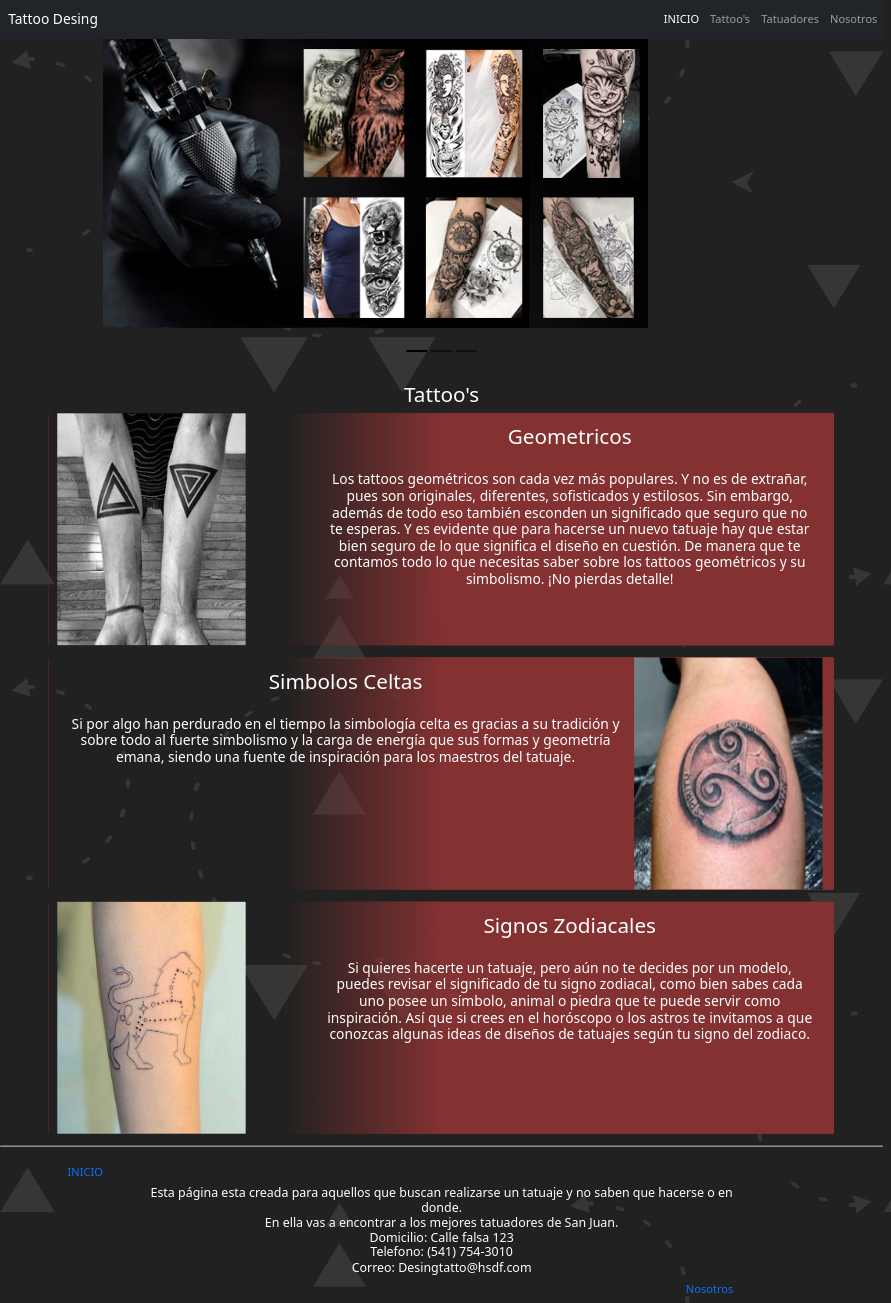
Repository: Vladimir-22/TatooDesign
Page: index.html
These files come from the project's save history. The page is drawn as it stood at one moment and after the next save; the edit follows.
The browser window is 1280 px wide. The page is 1292 px wide, so the pictures cover 1292 px, including what lies to the right of the window. The pictures show the whole page, at 69% of full size.
Some web libraries are served in a nearby version.

Above is the page before, as saved 2021-05-19 22:52:20.

### index.html
<!DOCTYPE html>
<html lang="es">
  <head>
    <meta charset="UTF-8" />
    <meta http-equiv="X-UA-Compatible" content="IE=edge" />
    <meta name="viewport" content="width=device-width, initial-scale=1.0" />
    <link
      href="https://cdn.jsdelivr.net/npm/bootstrap@5.0.0-beta3/dist/css/bootstrap.min.css"
      rel="stylesheet"
      integrity="sha384-eOJMYsd53ii+scO/bJGFsiCZc+5NDVN2yr8+0RDqr0Ql0h+rP48ckxlpbzKgwra6"
      crossorigin="anonymous"
    />
    <script
      src="https://cdn.jsdelivr.net/npm/bootstrap@5.0.0-beta3/dist/js/bootstrap.bundle.min.js"
      integrity="sha384-JEW9xMcG8R+pH31jmWH6WWP0WintQrMb4s7ZOdauHnUtxwoG2vI5DkLtS3qm9Ekf"
      crossorigin="anonymous"
    ></script>
    <script
      src="https://cdn.jsdelivr.net/npm/bootstrap@5.0.0-beta3/dist/js/bootstrap.bundle.min.js"
      integrity="sha384-JEW9xMcG8R+pH31jmWH6WWP0WintQrMb4s7ZOdauHnUtxwoG2vI5DkLtS3qm9Ekf"
      crossorigin="anonymous"
    ></script>
    <script
      src="https://cdn.jsdelivr.net/npm/@popperjs/core@2.9.1/dist/umd/popper.min.js"
      integrity="sha384-SR1sx49pcuLnqZUnnPwx6FCym0wLsk5JZuNx2bPPENzswTNFaQU1RDvt3wT4gWFG"
      crossorigin="anonymous"
    ></script>
    <script
      src="https://cdn.jsdelivr.net/npm/bootstrap@5.0.0-beta3/dist/js/bootstrap.min.js"
      integrity="sha384-j0CNLUeiqtyaRmlzUHCPZ+Gy5fQu0dQ6eZ/xAww941Ai1SxSY+0EQqNXNE6DZiVc"
      crossorigin="anonymous"
    ></script>
    <link
      rel="stylesheet"
      href="https://use.fontawesome.com/releases/v5.8.1/css/all.css"
      integrity="sha384-50oBUHEmvpQ+1lW4y57PTFmhCaXp0ML5d60M1M7uH2+nqUivzIebhndOJK28anvf"
      crossorigin="anonymous"
    />
    <link rel="stylesheet" href="css/styles.css" />
    <title>Tattoo Desing</title>
  </head>

  <body>
    <nav class="navbar navbar-expand-lg navbar-dark bg-dark">
      <div class="container-fluid">
        <!-- <i class="fas fa-bars"></i> -->

        <div class="col-md-9">
          <a class="navbar-brand" href="#">Tattoo Desing</a>

          <button
            class="navbar-toggler"
            type="button"
            data-bs-toggle="collapse"
            data-bs-target="#navbarNav"
            aria-controls="navbarNav"
            aria-expanded="false"
            aria-label="Toggle navigation"
          >
            <span class="navbar-toggler-icon"></span>
          </button>
        </div>

        <div class="col-md-3 collapse navbar-collapse" id="navbarNav">
          <ul class="navbar-nav">
            <li class="nav-item">
              <a class="nav-link active" aria-current="page" href="#">INICIO</a>
            </li>
            <li class="nav-item">
              <a class="nav-link" href="tattoo's.html">Tattoo's</a>
            </li>
            <li class="nav-item">
              <a class="nav-link" href="tatuadores.html">Tatuadores</a>
            </li>
            <li class="nav-item">
              <a
                class="nav-link"
                href="nosotros.html"
                tabindex="-1"
                aria-disabled="true"
                >Nosotros</a
              >
            </li>
          </ul>
        </div>
      </div>
    </nav>

    <div class="container">
      <div class="row" id="carrusel">
        <div
          id="carouselExampleDark"
          class="carousel carousel-dark slide"
          data-bs-ride="carousel"
        >
          <div class="carousel-indicators">
            <button
              type="button"
              data-bs-target="#carouselExampleDark"
              data-bs-slide-to="0"
              class="active"
              aria-current="true"
              aria-label="Slide 1"
            ></button>
            <button
              type="button"
              data-bs-target="#carouselExampleDark"
              data-bs-slide-to="1"
              aria-label="Slide 2"
            ></button>
            <button
              type="button"
              data-bs-target="#carouselExampleDark"
              data-bs-slide-to="2"
              aria-label="Slide 3"
            ></button>
          </div>

          <div class="carousel-inner">
            <div class="carousel-item active" data-bs-interval="10000">
              <img
                id="imgCarrusel"
                src="./Agos/Carrusel/trae-tu-diseño.png"
                class="d-block w-20"
                alt="..."
              />
              <!-- <div class="carousel-caption d-none d-md-block">
                            <h5>First slide label</h5>
                            <p>Some representative placeholder content for the first slide.</p>
                        </div> -->
            </div>
            <div class="carousel-item" data-bs-interval="4000">
              <img
                id="imgCarrusel"
                src="./Agos/Carrusel/Tendencias.png"
                class="d-block w-20"
                alt="..."
              />
              <!-- <div class="carousel-caption d-none d-md-block">
                            <h5>Second slide label</h5>
                            <p>Some representative placeholder content for the second slide.</p>
                        </div> -->
            </div>
            <div class="carousel-item" data-bs-interval="2000">
              <img
                id="imgCarrusel"
                src="./Agos/Carrusel/Tatuadores-banner.png"
                class="d-block w-20"
                alt="..."
              />
              <!-- <div class="carousel-caption d-none d-md-block">
                            <h5>Third slide label</h5>
                            <p>Some representative placeholder content for the third slide.</p>
                        </div> -->
            </div>
          </div>

          <!-- <button class="carousel-control-prev" type="button" data-bs-target="#carouselExampleDark" data-bs-slide="prev">
                  <span class="carousel-control-prev-icon" aria-hidden="true"></span>
                  <span class="visually-hidden">Previous</span>
                </button>
                <button class="carousel-control-next" type="button" data-bs-target="#carouselExampleDark" data-bs-slide="next">
                  <span class="carousel-control-next-icon" aria-hidden="true"></span>
                  <span class="visually-hidden">Next</span>
                </button> -->
        </div>
      </div>

      <div class="row section2 text-center">
        <h1>Tattoo's</h1>
      </div>

      <div class="row">
        <!-- <div class="card mb-3">
                <img src="./Pedro/Categorías - Signos Zodiacales/Simbolos Celtas.PNG" class="card-img-top" alt="...">
                <div class="card-body">
                    <h5 class="card-title">Card title</h5>
                    <p class="card-text">This is a wider card with supporting text below as a natural lead-in to additional content. This content is a little bit longer.</p>
                    <p class="card-text"><small class="text-muted">Last updated 3 mins ago</small></p>
                </div>
            </div> -->

        <div id="Geometricos" class="card mb-3" style="max-width: auto">
          <div class="row g-0">
            <div class="col-md-4">
              <img
                id="imagen"
                src="./Pedro/Categorías - descripcion inicio/Tatuajes Geometricos.jpg"
                alt="..."
              />
            </div>
            <div class="col-md-8">
              <div class="card-body">
                <h1 class="card-title">Geometricos</h1>
                <br />
                <h5 id="descrip-gral" class="card-text">
                  Los tattoos geométricos son cada vez más populares. Y no es de
                  extrañar, pues son originales, diferentes, sofisticados y
                  estilosos. Sin embargo, además de todo eso también esconden un
                  significado que seguro que no te esperas. Y es evidente que
                  para hacerse un nuevo tatuaje hay que estar bien seguro de lo
                  que significa el diseño en cuestión. De manera que te contamos
                  todo lo que necesitas saber sobre los tattoos geométricos y su
                  simbolismo. ¡No pierdas detalle!
                </h5>
                <!-- <p class="card-text"><small class="text-muted">Última actualización 3 minutos</small></p> -->
              </div>
            </div>
          </div>
        </div>

        <div id="Celtas" class="card mb-3" style="max-width: auto">
          <div class="row g-0">
            <div class="col-md-9">
              <div class="card-body">
                <h1 class="card-title">Simbolos Celtas</h1>
                <br />
                <h5 id="descrip-gral" class="card-text">
                  Si por algo han perdurado en el tiempo la simbología celta es
                  gracias a su tradición y sobre todo al fuerte simbolismo y la
                  carga de energía que sus formas y geometría emana, siendo una
                  fuente de inspiración para los maestros del tatuaje.
                </h5>
                <!-- <p class="card-text"><small class="text-muted">Última actualización 3 minutos</small></p> -->
              </div>
            </div>
            <div class="col-md-3">
              <img
                id="imagen"
                src="./Pedro/Categorías - descripcion inicio/Simbolos Celtas.jpg"
                alt="..."
              />
            </div>
          </div>
        </div>

        <div id="Zodiacales" class="card mb-3" style="max-width: auto">
          <div class="row g-0">
            <div class="col-md-4">
              <img
                id="imagen"
                src="./Pedro/Categorías - descripcion inicio/Signos Zodiacales.jpg"
                alt="..."
              />
            </div>
            <div class="col-md-8">
              <div class="card-body">
                <h1 class="card-title">Signos Zodiacales</h1>
                <br />
                <h5 id="descrip-gral" class="card-text">
                  Si quieres hacerte un tatuaje, pero aún no te decides por un
                  modelo, puedes revisar el significado de tu signo zodiacal,
                  como bien sabes cada uno posee un símbolo, animal o piedra que
                  te puede servir como inspiración. Así que si crees en el
                  horóscopo o los astros te invitamos a que conozcas algunas
                  ideas de diseños de tatuajes según tu signo del zodiaco.
                </h5>
                <!-- <p class="card-text"><small class="text-muted">Última actualización 3 minutos</small></p> -->
              </div>
            </div>
          </div>
        </div>
      </div>
    </div>
  </body>
  <footer>
    <div class="footer" id="footer">
      <div id="footer" class="card mb-3" style="auto"></div>
        <div class="container">
            <div class="row">
                <div class="col">
                        <a class="nav-link active" aria-current="page" href="#">INICIO</a>
                    </div>
                </div>
                <div class="col-md-2"></div>
            </div>
            <div class="row">
                <div class="col"></div>
                <div class="col-md-8">
                    <h3 id="descrip-gral" class="card-text">
                        Esta página esta creada para aquellos que buscan realizarse un
                        tatuaje y no saben que hacerse o en donde. <br>
                        En ella vas a encontrar a los mejores tatuadores de San Juan.<br>
                        Domicilio: Calle falsa 123<br>
                        Telefono: (541) 754-3010<br>
                        Correo: Desingtatto@hsdf.com<br>
                    </h3>
                </div>
                <div class="col"></div>
            </div>
            <div class="row">
                <div class="col"></div>
                <div class="col"></div>
                <div class="col-md-3">
                    <a class="nav-link" href="nosotros.html" tabindex="-1" aria-disabled="true" >Nosotros</a>
                </div>
            </div>
      </div>
    </div>
  </footer>
</html>

### css/styles.css
body {
    margin: 0 !important;
    padding: 0;
    position: relative;
    /*width: 1440px;
    height: 1024px;*/
    background: #212121;
    background-image: url(../Daniela/Background.png);
    background-position: center;
    background-size: contain;
    /* font-family: NanumGothic; */
}

.section2 {
    margin-top: 7%;
    color: white;
}

.section3 {
    margin-top: 3%;
    color: white;
}

h1 {
    font-size: 30px;
}

h2 {
    font-size: 21px;
}

h3 {
    font-size: 18px;
}

h1,
h2,
h3 {
    color: white;
    text-align: center;
}
h5{
    color: white;
    text-align: center;
    font-weight:200;
}


/*.card img {
    width: 30%;
    height: 30%;
    align-content: center;
} */

nav {
    position: absolute;
    left: 0% !important;
    right: 0% !important;
    top: 0% !important;
    bottom: 0% !important;
    background: #000000 !important;
}

.carousel-indicators {
    left: 0% !important;
    right: 0% !important;
    top: 105% !important;
    bottom: 0% !important;
    margin-top: 0% !important;
}

.carousel-inner {
    left: 6% !important;
    right: 0% !important;
    top: 0% !important;
}



#Geometricos,
#Celtas,
#Zodiacales{
    background: linear-gradient(270deg, #833131 50%, rgba(131, 49, 49, 0) 70.34%);
    border-radius: 4px;
}

#nosotros
{
    background: none;
}

#descrip-gral {
    color: white;
}

#imagen {
    width: 273px;
    height: 336px;
}

#Celtas #imagen {
    right: 100% !important;
    top: 660px;
}

After the next save:
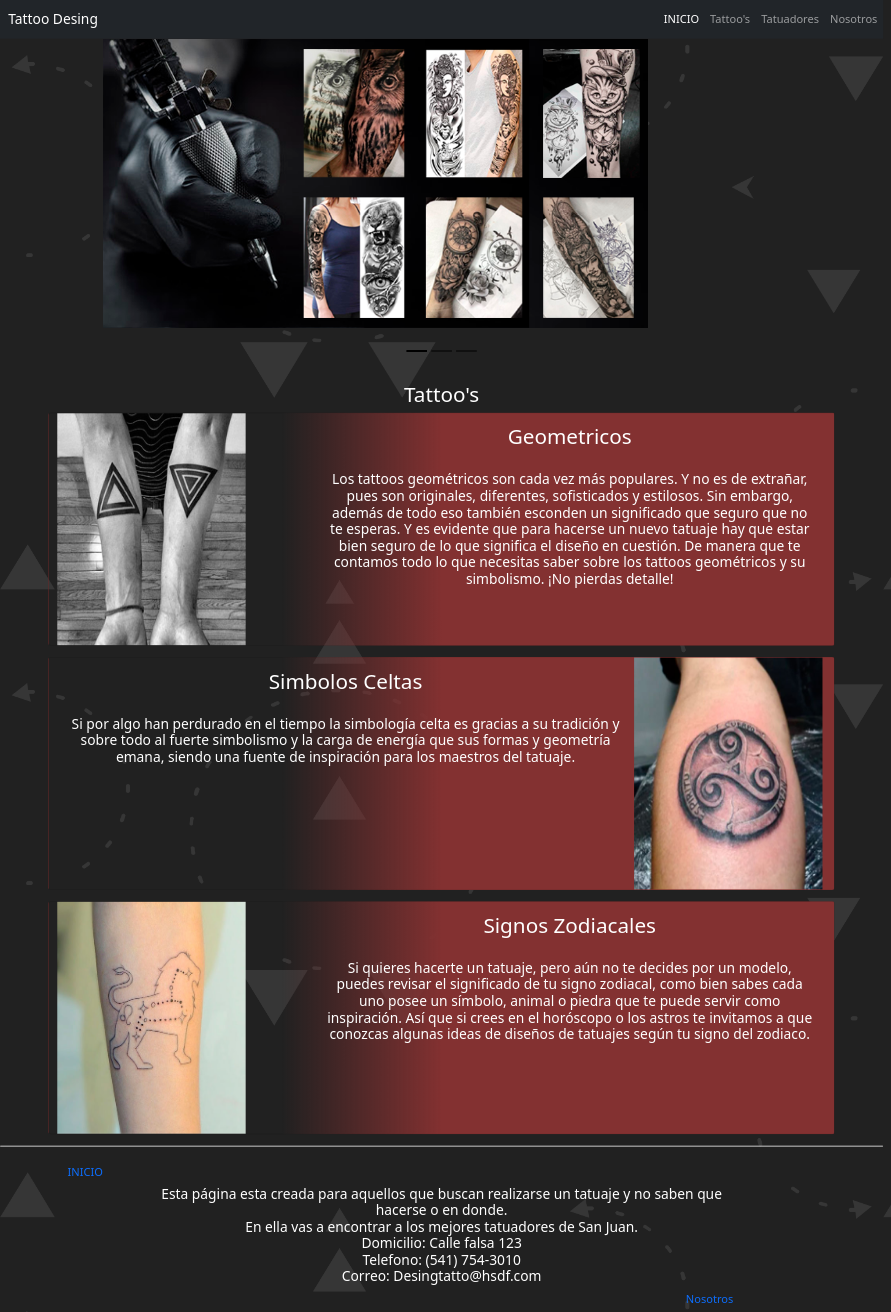
Saved 16 s later.
--- a/index.html
+++ b/index.html
@@ -277,14 +277,14 @@
             <div class="row">
                 <div class="col"></div>
                 <div class="col-md-8">
-                    <h3 id="descrip-gral" class="card-text">
+                    <h5 id="descrip-gral" class="card-text">
                         Esta página esta creada para aquellos que buscan realizarse un
                         tatuaje y no saben que hacerse o en donde. <br>
                         En ella vas a encontrar a los mejores tatuadores de San Juan.<br>
                         Domicilio: Calle falsa 123<br>
                         Telefono: (541) 754-3010<br>
                         Correo: Desingtatto@hsdf.com<br>
-                    </h3>
+                    </h5>
                 </div>
                 <div class="col"></div>
             </div>
